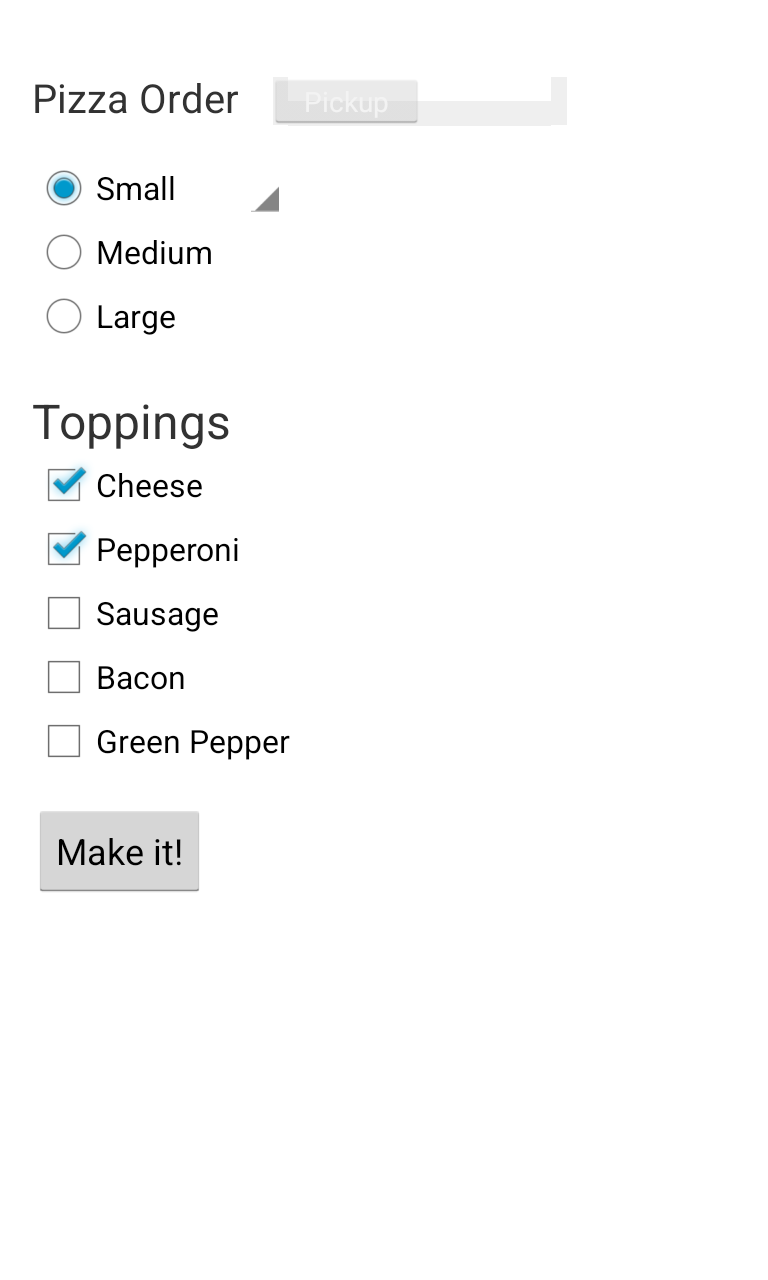
Repository: ericMedeiros93/Android-Dev
Layout: PizzaOrdering/res/layout/activity_main.xml
The author's editor kept a copy of each file at every save. The layout is drawn from the files as they stood at one save, then again after the next save.
It is drawn on a 768 x 1280 px phone screen (xhdpi) without system bars, with theme AppTheme; the app's code is not run.

Above is the layout before, as saved 2014-09-17 16:40:34.

### PizzaOrdering/res/layout/activity_main.xml
<LinearLayout xmlns:android="http://schemas.android.com/apk/res/android"
    xmlns:tools="http://schemas.android.com/tools"
    android:layout_width="match_parent"
    android:layout_height="match_parent"
    android:orientation="vertical"
    android:paddingBottom="@dimen/activity_vertical_margin"
    android:paddingLeft="@dimen/activity_horizontal_margin"
    android:paddingRight="@dimen/activity_horizontal_margin"
    android:paddingTop="@dimen/activity_vertical_margin"
    tools:context="com.ericmedeiros.pizzaordering.MainActivity" >

    <TextView
        android:id="@+id/txtFinalOrder"
        android:layout_width="wrap_content"
        android:layout_height="wrap_content"/>

    <LinearLayout
        android:layout_width="match_parent"
        android:layout_height="wrap_content"
        android:orientation="horizontal" >

        <TextView
            android:layout_width="wrap_content"
            android:layout_height="wrap_content"
            android:text="Pizza Order"
            android:textSize="20sp" />

        <Switch
            android:id="@+id/swDeliveryPickup"
            android:layout_width="wrap_content"
            android:layout_height="wrap_content"
            android:layout_marginLeft="15dp"
            android:textOff="Pickup"
            android:textOn="Delivery" />
    </LinearLayout>

    <LinearLayout
        android:layout_width="match_parent"
        android:layout_height="wrap_content"
        android:layout_marginTop="15dp"
        android:orientation="horizontal" >

        <RadioGroup
            android:id="@+id/rgpSize"
            android:layout_width="wrap_content"
            android:layout_height="wrap_content" >

            <RadioButton
                android:id="@+id/radSmall"
                android:layout_width="match_parent"
                android:layout_height="wrap_content"
                android:checked="true"
                android:text="Small" />

            <RadioButton
                android:id="@+id/radMedium"
                android:layout_width="match_parent"
                android:layout_height="wrap_content"
                android:text="Medium" />

            <RadioButton
                android:id="@+id/radLarge"
                android:layout_width="match_parent"
                android:layout_height="wrap_content"
                android:text="Large" />
        </RadioGroup>

        <Spinner
            android:id="@+id/spnPizzAmount"
            android:layout_width="wrap_content"
            android:layout_height="wrap_content"
            android:layout_marginLeft="15dp" />
    </LinearLayout>

    <LinearLayout
        android:layout_width="match_parent"
        android:layout_height="wrap_content"
        android:layout_marginTop="20dp"
        android:orientation="vertical" >

        <TextView
            android:layout_width="wrap_content"
            android:layout_height="wrap_content"
            android:text="Toppings"
            android:textSize="24sp" />

        <CheckBox
            android:id="@+id/chkCheese"
            android:layout_width="wrap_content"
            android:layout_height="wrap_content"
            android:checked="true"
            android:text="Cheese" />

        <CheckBox
            android:id="@+id/chkPepperoni"
            android:layout_width="wrap_content"
            android:layout_height="wrap_content"
            android:checked="true"
            android:text="Pepperoni" />

        <CheckBox
            android:id="@+id/chkSausage"
            android:layout_width="wrap_content"
            android:layout_height="wrap_content"
            android:text="Sausage" />

        <CheckBox
            android:id="@+id/chkBacon"
            android:layout_width="wrap_content"
            android:layout_height="wrap_content"
            android:text="Bacon" />

        <CheckBox
            android:id="@+id/chkGreenPepper"
            android:layout_width="wrap_content"
            android:layout_height="wrap_content"
            android:text="Green Pepper" />
    </LinearLayout>

    <Button
            android:id="@+id/btnMakeIt"
        android:layout_width="wrap_content"
        android:layout_height="wrap_content"
        android:layout_marginTop="15dp"
        android:text="Make it!"

        />

</LinearLayout>

Loaded but not shown: PizzaOrdering/res/values/styles.xml (common file); PizzaOrdering/res/values-v11/styles.xml (common file); PizzaOrdering/res/values-v14/styles.xml (common file); PizzaOrdering/res/values/dimens.xml (common file); PizzaOrdering/res/values-w820dp/dimens.xml (common file)

After the next save:
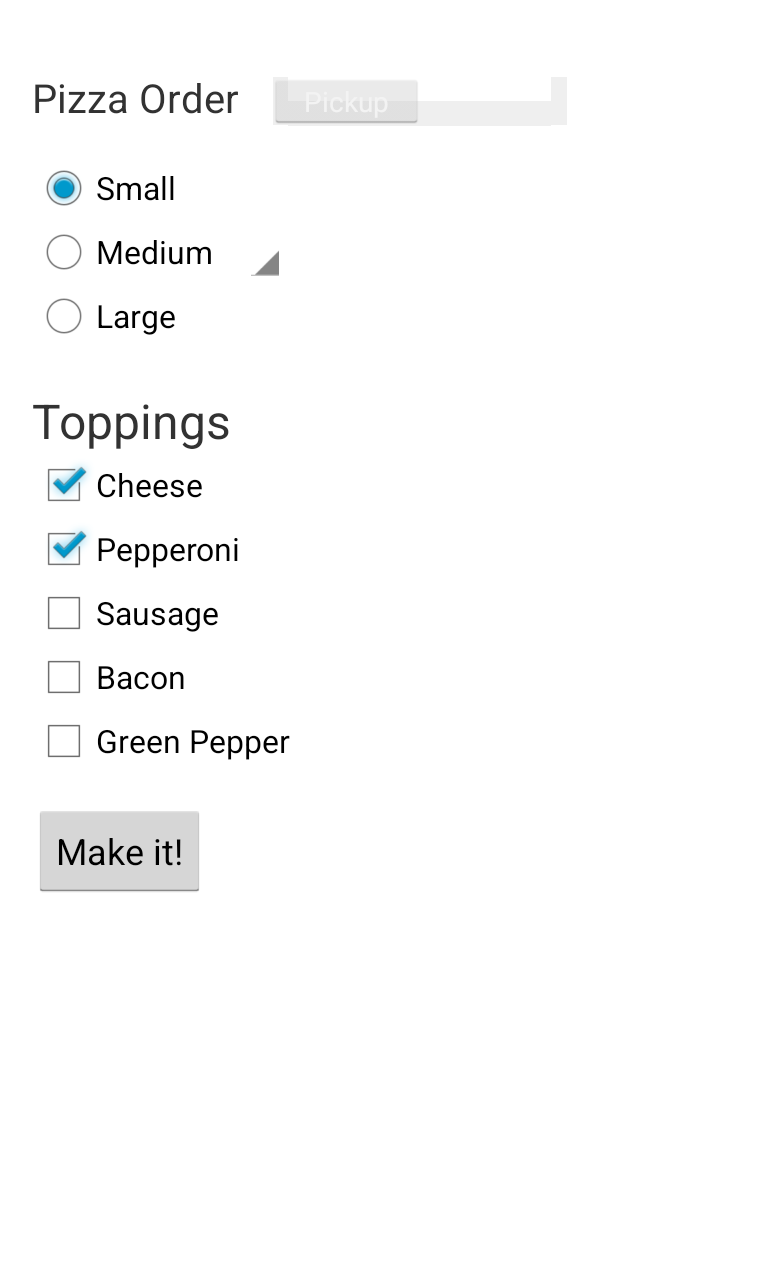
Saved 37 s later.
--- a/PizzaOrdering/res/layout/activity_main.xml
+++ b/PizzaOrdering/res/layout/activity_main.xml
@@ -69,6 +69,7 @@
             android:id="@+id/spnPizzAmount"
             android:layout_width="wrap_content"
             android:layout_height="wrap_content"
+            android:layout_gravity="center_vertical"
             android:layout_marginLeft="15dp" />
     </LinearLayout>
 
